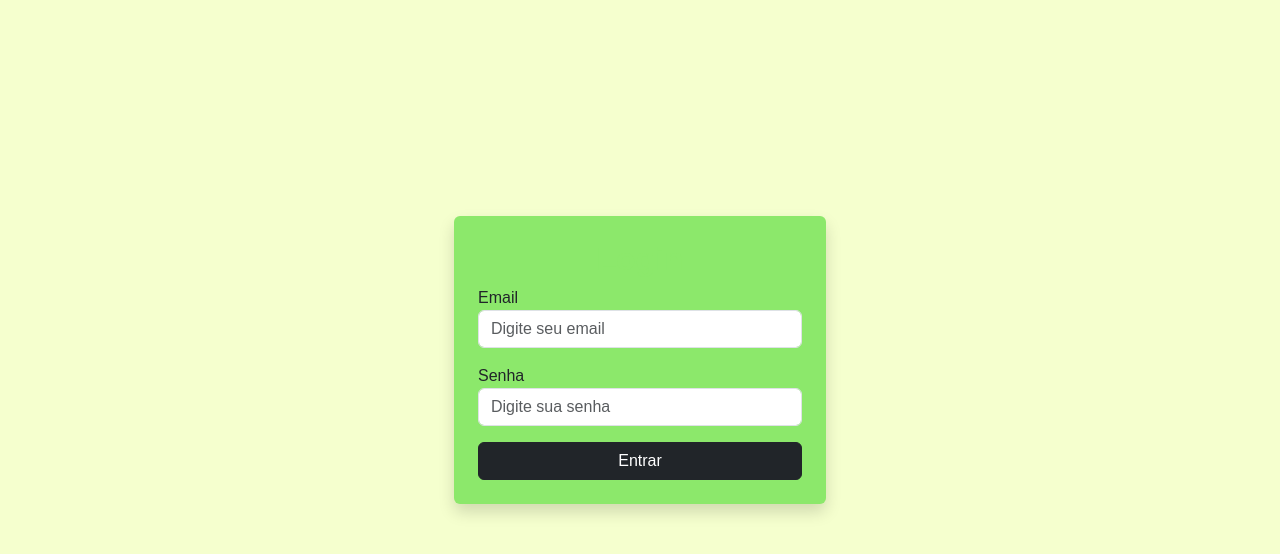
Repository: feliperanon/appliz
Page: /cadastro
These files come from the project's save history. The page is drawn as it stood at one moment and after the next save; the edit follows.
The browser window is 1280 px wide. The pictures show the whole page.
The project was rebuilt for these pictures with package versions that can differ from the ones it lists, and the page was loaded fresh each time. Also part of the build but not shown: src/components/Navbar.js, src/components/Cadastro.js, src/components/MedicaoTempo.js, src/components/AnaliseDesempenho.js, src/components/OcorrenciasDiarias.js, src/components/ControleQualidade.js, src/components/CapacitacaoTreinamento.js, src/components/ManutencaoPreventiva.js and 6 more.

Above is the page before, as saved 2024-10-13 18:36:46.

After the next save:
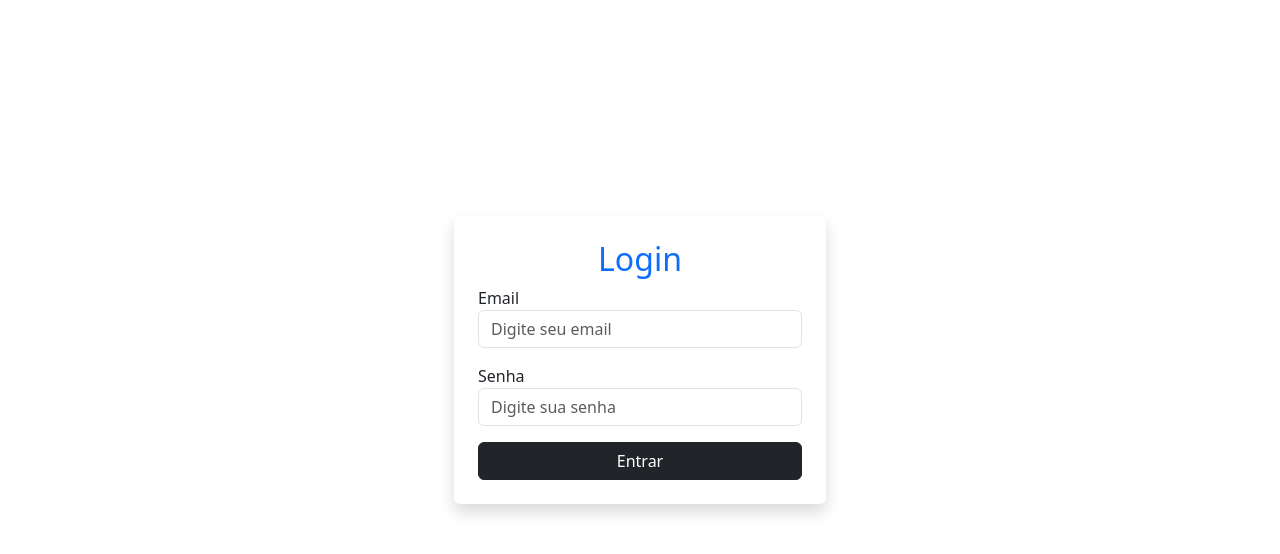
Saved 33 s later.
--- a/src/global.css
+++ b/src/global.css
@@ -1,24 +1,20 @@
-/* Definir as cores personalizadas */
-.color1 { background-color: #8ce86b !important; }
-.color2 { background-color: #a6ee84 !important; }
-.color3 { background-color: #c1f49d !important; }
-.color4 { background-color: #dbf9b5 !important; }
-.color5 { background-color: #f5ffce !important; }
-
-/* Definir cores de texto para melhor visibilidade */
-.text-primary {
-  color: #8ce86b !important;
+.custom-btn {
+  background-color: #282832;
+  color: white;
+  border: none;
+  transition: background-color 0.3s ease, transform 0.2s ease;
 }
 
-/* Estilos globais */
-body {
-  margin: 0;
-  padding: 0;
-  font-family: Arial, sans-serif;
-  background-color: #f5ffce; /* Usando uma das cores como fundo */
+.custom-btn:hover {
+  background-color: #3d3d50; /* Cor levemente mais clara ao passar o mouse */
+  transform: scale(1.05);    /* Aumenta levemente o botão */
 }
 
-h2 {
-  font-weight: 700;
-  color: #4a4a4a;
+.custom-btn:active {
+  background-color: #20202b; /* Cor mais escura ao clicar */
+  transform: scale(1);       /* Volta ao tamanho normal */
 }
+
+.custom-btn:focus {
+  box-shadow: none;          /* Remove o outline azul padrão do Bootstrap */
+}
